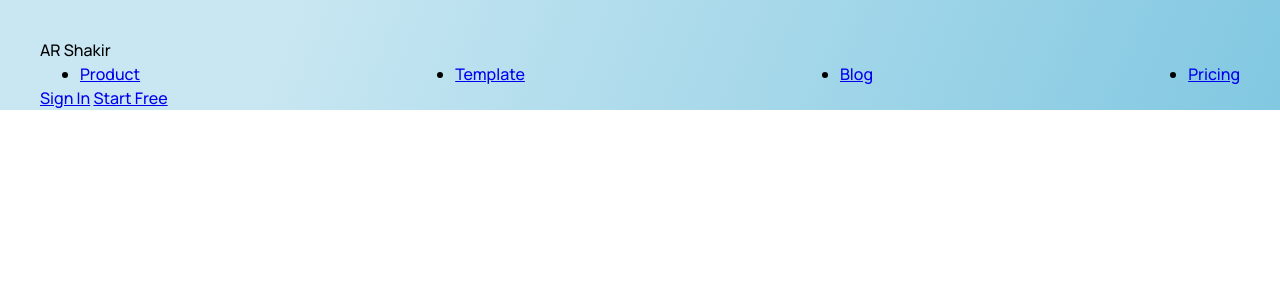
Repository: duongdori/ARShakir
Page: index.html
These files come from the project's save history. The page is drawn as it stood at one moment and after the next save; the edit follows.
The browser window is 1280 px wide. The pictures show the whole page.

Above is the page before, as saved 2022-04-01 21:52:23.

After the next save:
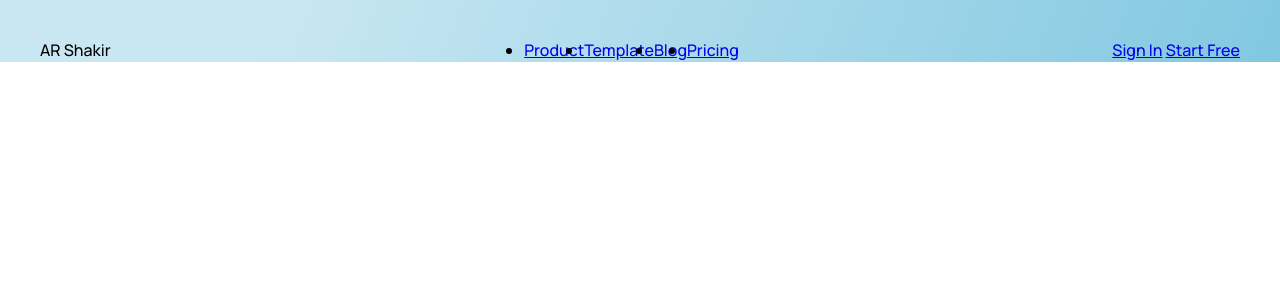
Saved 45 s later.
--- a/assets/css/main.css
+++ b/assets/css/main.css
@@ -51,6 +51,12 @@ body {
 .header-top{
     padding-top: 38px;
 }
+
+.header-top .container {
+    display:flex;
+    justify-content: space-between;
+    align-items: center;
+}
 .header-logo{
 
 }
